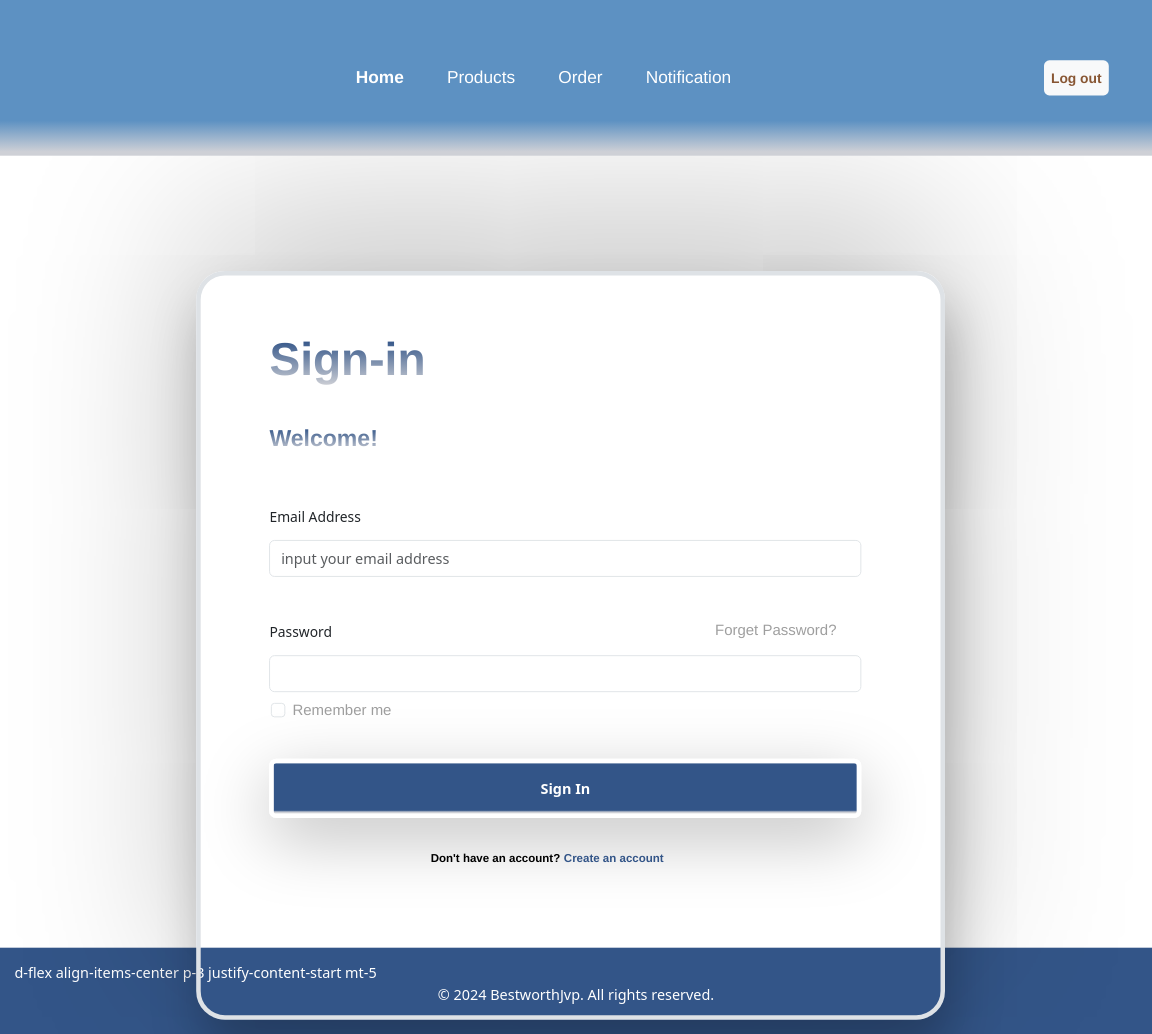
Repository: OVictor21/inventory
Page: /
These files come from the project's save history. The page is drawn as it stood at one moment and after the next save; the edit follows.
The browser window is 1280 px wide. The pictures show the whole page, at 90% of full size.
The project was rebuilt for these pictures with package versions that can differ from the ones it lists, and the page was loaded fresh each time.

Above is the page before, as saved 2024-12-14 10:41:38.

After the next save:
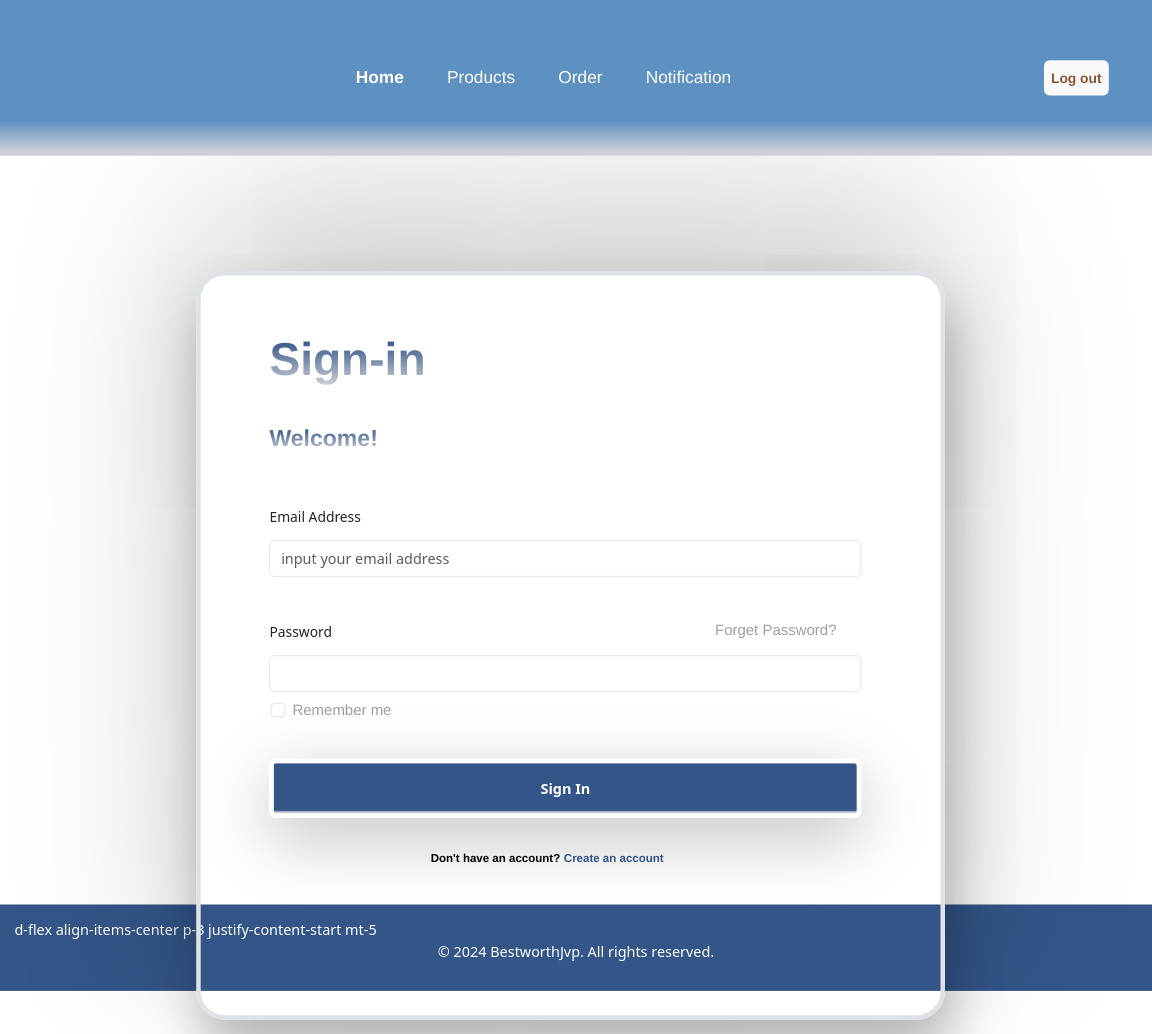
Saved 24 s later.
--- a/src/body.js
+++ b/src/body.js
@@ -32,7 +32,7 @@ const Body = () => {
 
     </form>
 
-    <footer className="footer-body text-white p-3 justify-content-start mt-5"> d-flex align-items-center p-3 justify-content-start mt-5
+    <footer className="footer-body text-white p-3 justify-content-start mb-5"> d-flex align-items-center p-3 justify-content-start mt-5
       <div className="container">
           <div className="text-center">
             <p>&copy; 2024 BestworthJvp. All rights reserved.</p>
